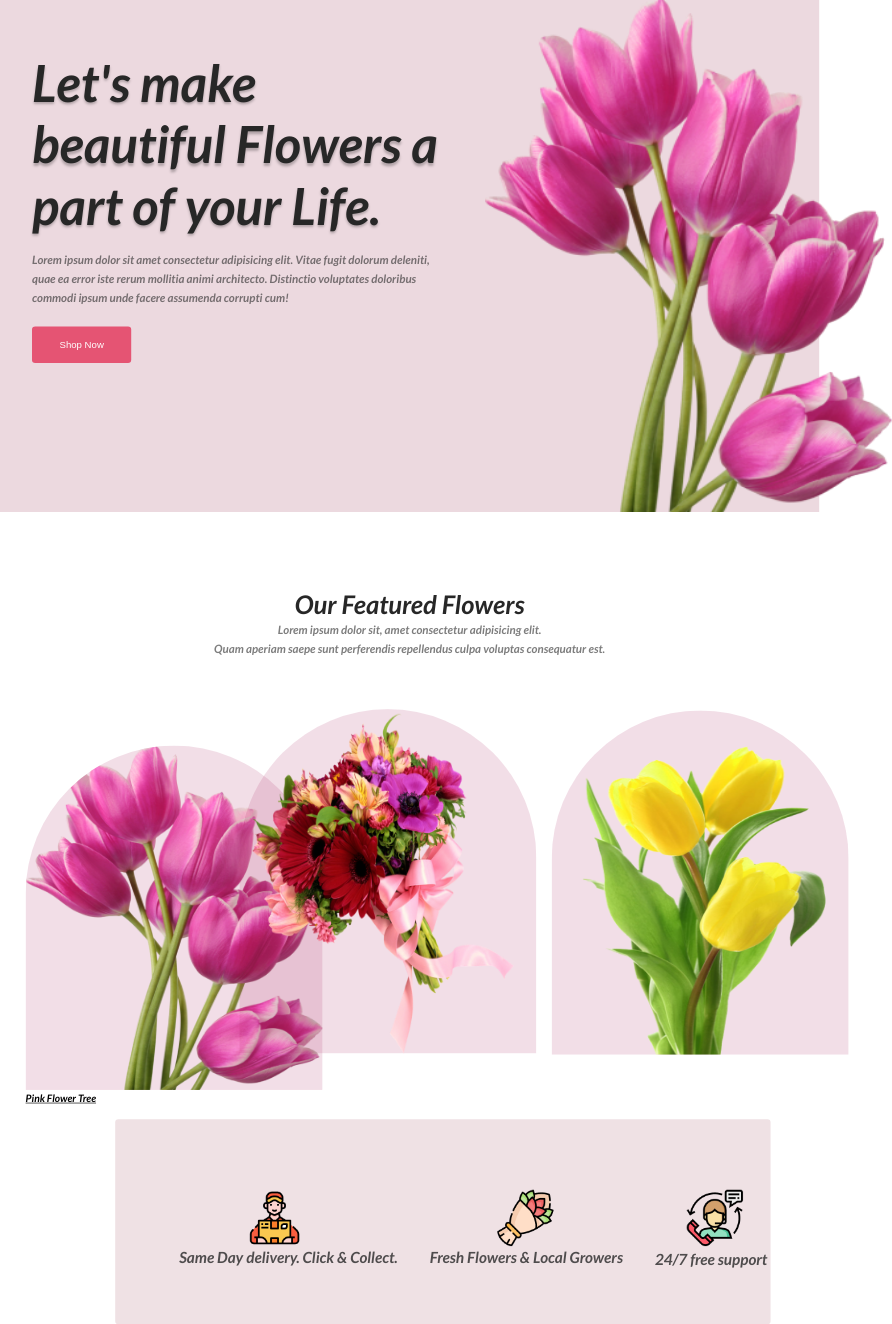
Repository: AnitaAkter/anita-flower-shop
Page: index.html
These files come from the project's save history. The page is drawn as it stood at one moment and after a run of saves; the edit follows.
The browser window is 1280 px wide. The page is 1393 px wide, so the pictures cover 1393 px, including what lies to the right of the window. The pictures show the whole page, at 64% of full size.

Above is the page before, as saved 2023-09-05 22:10:58.

### index.html
<!DOCTYPE html>
<html lang="en">

<head>
    <meta charset="UTF-8">
    <meta http-equiv="X-UA-Compatible" content="IE=edge">
    <meta name="viewport" content="width=device-width, initial-scale=1.0">
    <title>Anita's Flower Shop</title>
    <link rel="preconnect" href="https://fonts.googleapis.com">
    <link rel="preconnect" href="https://fonts.gstatic.com" crossorigin>
    <link href="https://fonts.googleapis.com/css2?family=Lato:ital,wght@1,700&display=swap" rel="stylesheet">
    <link rel="stylesheet" href="style.css">
</head>

<body>
    <div>
        <!-- /* Header -section start */ -->
        <header>
            <div class="header-intro">
                <h1>Let's make <br> beautiful Flowers a <br>part of your Life.</h1>
                <div class="header-p">
                    <p>Lorem ipsum dolor sit amet consectetur adipisicing elit. Vitae fugit dolorum deleniti, quae ea
                        error
                        iste rerum mollitia animi architecto. Distinctio voluptates doloribus commodi ipsum unde facere
                        assumenda corrupti cum!</p>
                </div>
                <button class="header-btn">Shop Now</button>
            </div>
            <div class="header-pic">
                <img src="images/pngwing 6.png" alt="">
            </div>
        </header>
        <!-- /* Header -section end */ -->
        <main>
            <div class="flowers-info">
                <h3>Our Featured Flowers</h3>
                <p>Lorem ipsum dolor sit, amet consectetur adipisicing elit. <br>
                    Quam aperiam saepe sunt perferendis repellendus culpa voluptas consequatur est.
                </p>
            </div>
            <div class="flowers-add">
                <div class="flowers-img">
                    <div class="flowers">
                        <img src="images/pngwing 6.png" alt="">
                        <p> <u>Pink Flower Tree</u> </p>
                    </div>
<div>
    <img class="flowers" src="images/pngwing 5.png" alt="">
</div>

                    <img class="flowers" src="images/pngwing 7.png" alt="">
                </div>
            </div>






            <!-- Delivery section start -->
            <div class="delivery">
                <div class="delivery-img">
                    <div class="d-img">
                        <img src="images/Group 57.png" alt="">
                        <p>Same Day delivery. Click & Collect.</p>
                    </div>
                    <div class="d-img">
                        <img src="images/Group 58.png" alt="">
                        <p>Fresh Flowers & Local Growers</p>
                    </div>
                    <div>
                        <img src="images/Group 59.png" alt="">
                        <p>24/7 free support</p>
                    </div>
                </div>
            </div>
            <!-- Delivery section start -->
        </main>

    </div>
</body>

</html>

### style.css
/* Header -section start */

* {
    margin: 0;
    padding: 0;
    box-sizing: border-box;
}

body {
    font-family: 'Lato', sans-serif;
    font-weight: 900;
    width: 100%;
}

header {
    display: flex;
    background-color: hsl(342, 34%, 89%);
    width: 100%;
    height: 800px;
}

.header-intro {
    margin-top: 80px;
    margin-left: 50px;
    width: 708px;
    height: 506px;


}

.header-intro h1 {
    color: #272727;
    text-shadow: 0px 4px 4px rgba(0, 0, 0, 0.25);
    font-family: Lato;
    font-size: 80px;
    font-style: normal;
    font-weight: 800;
    line-height: normal;
    width: 708px;
    height: 310px;


}

.header-p {
    color: rgba(39, 39, 39, 0.60);
    font-family: Lato;
    font-size: 18px;
    font-style: normal;
    font-weight: 400;
    line-height: 30px;
    width: 634px;
    height: 120px;
    gap: 32px;



    /* 166.667% */
}

.header-btn {
    background-color: #E55473;
    border-radius: 5px;
    border: none;
    color: white;
    font-size: 15px;
    display: inline-flex;
    padding: 20px 43px;
    align-items: flex-start;
    gap: 10px;

}

.header-pic {
    width: 635px;
    height: 800px;
    margin-bottom: 0%;
    margin-right: auto;

}


.header-pic img {
    width: 635px;
    height: 800px;
    margin-bottom: 0%;
}

/* Header -section end */


/* flowers info styles */
.flowers-info {
    margin-top: 120px;
}

.flowers-info h3 {
    color: #272727;
    text-align: center;
    font-family: Lato;
    font-size: 40px;
    font-style: normal;
    font-weight: 800;
    line-height: normal;
}

.flowers-info p {
    color: rgba(39, 39, 39, 0.60);
    text-align: center;
    font-family: Lato;
    font-size: 18px;
    font-style: normal;
    font-weight: 400;
    line-height: 30px;
    /* 166.667% */
}


.flowers-add {
    margin-top: 80px;
    align-items: center;
    margin-left: 40px;


}

.flowers-img {
    display: flex;
    align-items: center;
    gap: 24px;
}

.flowers-img img {
    width: 464px;
    height: 538px;
    display: inline-flex;
    background-image: url('/images/Rectangle\ 3\ \(1\).png');
    align-content: center;
    border-radius: 300px 300px 0px 0px;
    background: rgba(167, 33, 98, 0.15);
    gap: 24px;

}

.flowers {

    width: 310px;
    height: 428px;
    flex-shrink: 0;
    align-content: center;

}





/* delivery section start */
.delivery {
    margin-top: 100px;
    margin-left: 180px;
    margin-right: 140px;
    background-color: #efe1e4;
    display: flex;
    width: 80%;
    height: 320px;
    border-radius: 5px;
    padding: 30px;
}

.delivery-img p {
    color: rgba(39, 39, 39, 0.80);

    font-family: Lato;
    font-size: 24px;
    font-style: normal;
    font-weight: 600;
    line-height: 35px;
    margin-left: -50px;


}

.delivery-img {
    display: inline-flex;
    margin-top: 80px;
    margin-left: 120px;
    gap: 100px;
    height: 30px;
    align-content: center;
    position: absolute;

}

.d-img img {
    display: grid;
    justify-content: center;
    margin-left: 55px;

}

After the next 3 saves:
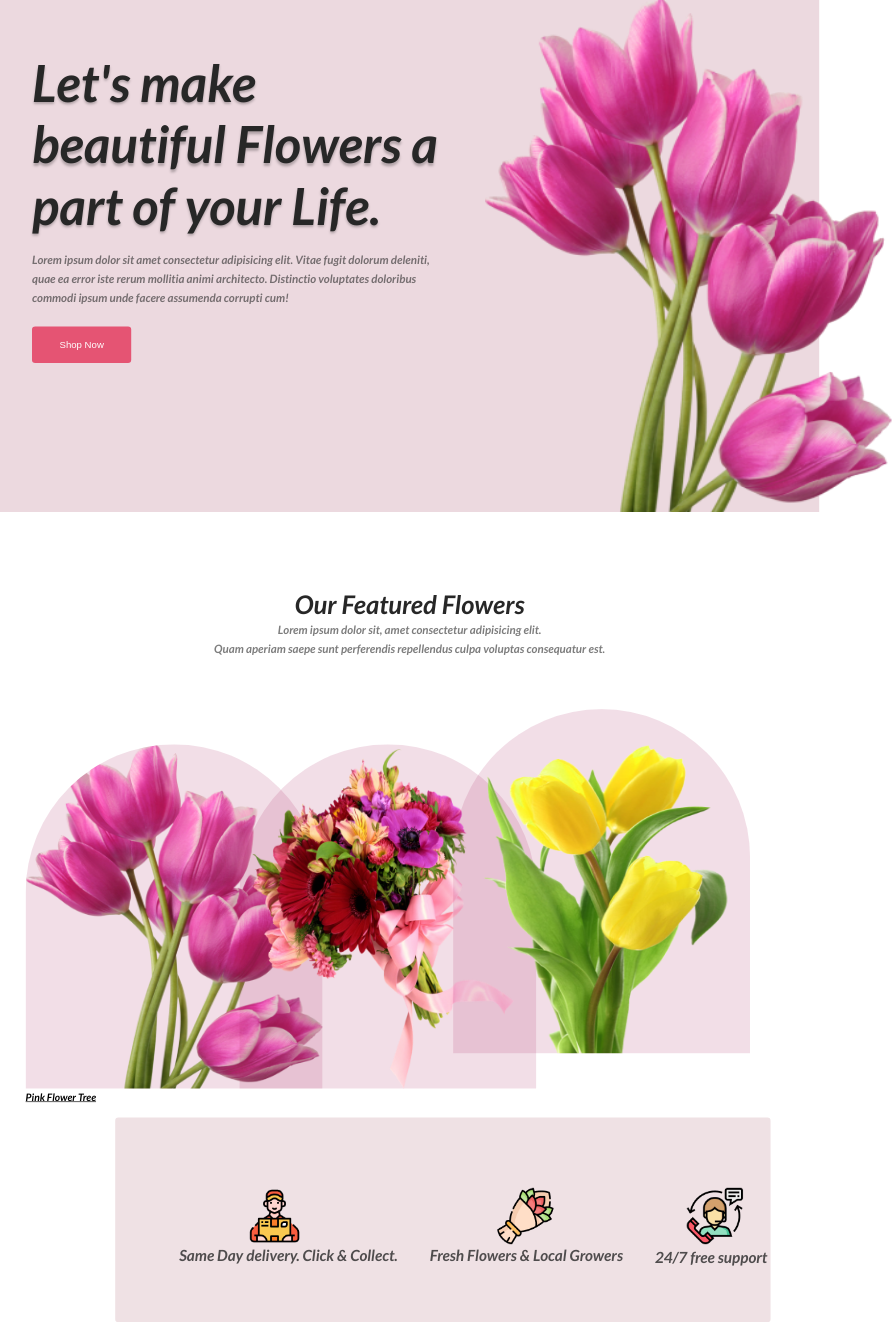
The 3 saves are shown as one change because they came seconds apart.
The last was saved 10 s later.
--- a/index.html
+++ b/index.html
@@ -44,8 +44,9 @@
                         <img src="images/pngwing 6.png" alt="">
                         <p> <u>Pink Flower Tree</u> </p>
                     </div>
-<div>
-    <img class="flowers" src="images/pngwing 5.png" alt="">
+<div class="flowers">
+    <img  src="images/pngwing 5.png" alt="">
+    <p></p>
 </div>
 
                     <img class="flowers" src="images/pngwing 7.png" alt="">
